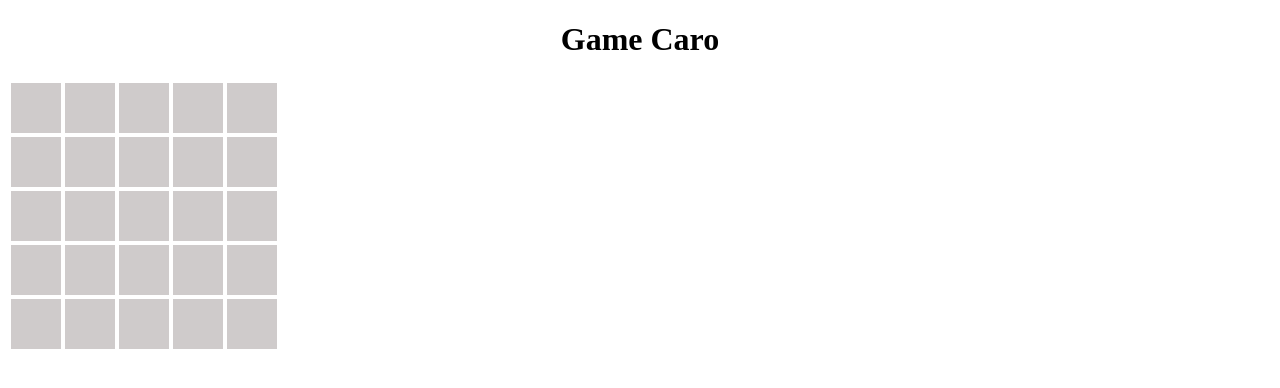
Repository: tungts3qb/BTCodeGym
Page: CaroGame/index.html
These files come from the project's save history. The page is drawn as it stood at one moment and after the next save; the edit follows.
The browser window is 1280 px wide. The pictures show the whole page.

Above is the page before, as saved 2023-02-16 00:43:24.

### CaroGame/index.html
<!DOCTYPE html>
<html lang="en">
  <head>
    <meta charset="UTF-8" />
    <meta http-equiv="X-UA-Compatible" content="IE=edge" />
    <meta name="viewport" content="width=device-width, initial-scale=1.0" />
    <link rel="stylesheet" href="style.css" />
    <title>Document</title>
  </head>
  <body>
    <div class="game-title">
      <h1>Game Caro</h1>
    </div>
    <div class="game-board">
      <table>
        <tbody>
          <tr>
            <td>
              <div class="square" id="00" onclick="Click(id)"></div>
            </td>
            <td>
              <div class="square" id="01" onclick="Click(id)"></div>
            </td>
            <td>
              <div class="square" id="02" onclick="Click(id)"></div>
            </td>
            <td>
              <div class="square" id="03" onclick="Click(id)"></div>
            </td>
            <td>
              <div class="square" id="04" onclick="Click(id)"></div>
            </td>
          </tr>
          <tr>
            <td>
              <div class="square" id="10" onclick="Click(id)"></div>
            </td>
            <td>
              <div class="square" id="11" onclick="Click(id)"></div>
            </td>
            <td>
              <div class="square" id="12" onclick="Click(id)"></div>
            </td>
            <td>
              <div class="square" id="13" onclick="Click(id)"></div>
            </td>
            <td>
              <div class="square" id="14" onclick="Click(id)"></div>
            </td>
          </tr>
          <tr>
            <td>
              <div class="square" id="20" onclick="Click(id)"></div>
            </td>
            <td>
              <div class="square" id="21" onclick="Click(id)"></div>
            </td>
            <td>
              <div class="square" id="22" onclick="Click(id)"></div>
            </td>
            <td>
              <div class="square" id="23" onclick="Click(id)"></div>
            </td>
            <td>
              <div class="square" id="24" onclick="Click(id)"></div>
            </td>
          </tr>
          <tr>
            <td>
              <div class="square" id="30" onclick="Click(id)"></div>
            </td>
            <td>
              <div class="square" id="31" onclick="Click(id)"></div>
            </td>
            <td>
              <div class="square" id="32" onclick="Click(id)"></div>
            </td>
            <td>
              <div class="square" id="33" onclick="Click(id)"></div>
            </td>
            <td>
              <div class="square" id="34" onclick="Click(id)"></div>
            </td>
          </tr>
          <tr>
            <td>
              <div class="square" id="40" onclick="Click(id)"></div>
            </td>
            <td>
              <div class="square" id="41" onclick="Click(id)"></div>
            </td>
            <td>
              <div class="square" id="42" onclick="Click(id)"></div>
            </td>
            <td>
              <div class="square" id="43" onclick="Click(id)"></div>
            </td>
            <td>
              <div class="square" id="44" onclick="Click(id)"></div>
            </td>
          </tr>
        </tbody>
      </table>
    </div>
    <script src="script.js"></script>
  </body>
</html>

### CaroGame/style.css
.square {
  width: 50px;
  height: 50px;
  background: rgb(207, 203, 203);
  position: relative;
  display: flex;
  justify-content: center;
  align-items: center;
  cursor: pointer;
}

.square:hover {
  background: rgb(155, 25, 25);
}

.square-icon-o {
  height: 30px;
  width: 30px;
  background: url("Opng.png") no-repeat center / cover;
}

.square-icon-x {
  height: 30px;
  width: 30px;
  background: url("Xpng.png") no-repeat center / cover;
}

.game-title h1 {
  text-align: center;
}

.game-board {
  text-align: center;
}

### CaroGame/script.js
class Square {
  constructor(x, y, status, result) {
    this.x = 0;
    this.y = 0;
    this.status = false; // chưa nhấn
    this.value = ""; // nhận hai giá trị là x và o
  }

  setX(newX) {
    this.x = newX;
  }

  setY(newY) {
    this.y = newY;
  }

  getX() {
    return this.x;
  }

  getY() {
    return this.y;
  }

  setStatus(newSatus) {
    this.status = newSatus;
  }

  getStatus() {
    return this.status;
  }

  setValue(newValue) {
    this.value = newValue;
  }

  getValue() {
    return this.value;
  }
}

const squareArr = [
  [null, null, null, null, null],
  [null, null, null, null, null],
  [null, null, null, null, null],
  [null, null, null, null, null],
  [null, null, null, null, null],
];
let xO = true;
const MAX_ROW = 5;
const MAX_WIN = 3;
function Click(id) {
  xO = !xO;
  let cell = new Square();
  let strId = `${id}`;
  let x = parseInt(strId.charAt(0));
  let y = parseInt(strId.charAt(1));
  let xOrO;
  console.log(xOrO);

  // đưa tọa độ, status, giá trị  mà người chơi click vào một ô bất kỳ
  if (!isNaN(x) && !isNaN(y)) {
    cell.setX(x);
    cell.setY(y);
    cell.setStatus(1);
    if (xO) {
      cell.setValue("x");
    } else {
      cell.setValue("o");
    }
    // đưa vào mảng 2 chiều, đồng thời hiển thị giá trị của nó lên board
    if (squareArr[x][y] == null) {
      squareArr[x][y] = cell;
      let cellXY = document.getElementById(id);
      let div = document.createElement("div");
      if (squareArr[x][y].getValue() == "x") {
        div.classList.add("square-icon-x");
      } else if (squareArr[x][y].getValue() == "o") {
        div.classList.add("square-icon-o");
      }
      cellXY.appendChild(div);
    }
    if (checkLeftDiagonal(squareArr, x, y)) {
      console.log(`${squareArr[x][y].getValue()} chien thang`);
    }
    if (checkRightDiagonal(squareArr, x, y)) {
      console.log(`${squareArr[x][y].getValue()} chien thang`);
    }
    if (checkRow(squareArr, x, y)) {
      console.log(`${squareArr[x][y].getValue()} chien thang`);
      return;
    }
    if (checkColumn(squareArr, x, y)) {
      console.log(`${squareArr[x][y].getValue()} chien thang`);
    }
  }
}

// check đường chéo trái
function checkLeftDiagonal(squareArr, x, y) {
  let count2 = 0;
  let arrCheckWin = [];
  let [x0, y0] = [x, y];
  while (x0 > 0 && y0 > 0) {
    x0--;
    y0--;
  }

  for (let i = x0, j = y0; i < MAX_ROW, j < MAX_ROW; i++, j++) {
    if (i < MAX_ROW && j < MAX_ROW) {
      if (squareArr[i][j] != null) {
        arrCheckWin.push(squareArr[i][j].getValue());
      } else {
        arrCheckWin.push("");
      }
    }
  }
  let result = checkElementArr(
    arrCheckWin,
    squareArr[x][y].getValue(),
    MAX_WIN
  );
  return result;
}

function checkRightDiagonal(squareArr, x, y) {
  let arrCheckWin = [];
  let [x0, y0] = [x, y];
  while (x0 > 0 && y0 < 4) {
    x0--;
    y0++;
  }

  for (let i = x0, j = y0; i < MAX_ROW, j >= 0; i++, j--) {
    if (i < MAX_ROW && j >= 0) {
      if (squareArr[i][j] != null) {
        arrCheckWin.push(squareArr[i][j].getValue());
      } else {
        arrCheckWin.push("");
      }
    }
  }

  let result = checkElementArr(
    arrCheckWin,
    squareArr[x][y].getValue(),
    MAX_WIN
  );
  return result;
}

function checkColumn(squareArr, x, y) {
  let [x0, y0] = [x, y];
  let arrCheckWin = [];
  while (x0 > 0 && x0 <= 4) {
    x0--;
  }

  for (let i = 0; i < MAX_ROW; i++) {
    if (squareArr[i][y0] != null) {
      arrCheckWin.push(squareArr[i][y0].getValue());
    } else {
      arrCheckWin.push("");
    }
  }

  let result = checkElementArr(
    arrCheckWin,
    squareArr[x][y].getValue(),
    MAX_WIN
  );
  return result;
}

function checkRow(squareArr, x, y) {
  let [x0, y0] = [x, y];
  let arrCheckWin = [];
  while (y0 > 0 && y0 <= 4) {
    y0--;
  }

  for (let i = 0; i < MAX_ROW; i++) {
    if (squareArr[x0][i] != null) {
      arrCheckWin.push(squareArr[x0][i].getValue());
    } else {
      arrCheckWin.push("");
    }
  }

  let result = checkElementArr(
    arrCheckWin,
    squareArr[x][y].getValue(),
    MAX_WIN
  );

  return result;
}

function checkElementArr(arr, value, maxWin) {
  let length = arr.length;
  let countCheck = 0;
  console.log(`arr = ${arr}`);
  console.log(`value = ${value}`);
  for (let i = 0; i < length - 1; i++) {
    if (arr[i] === value) {
      if (arr[i + 1] === value) {
        countCheck++;
        if (countCheck == maxWin - 1) return true;
      }
    } else {
      countCheck = 0;
    }
  }
  console.log(`countCheck = ${countCheck}`);
  return false;
}

let quare = document.querySelector(".square");
quare.addEventListener("click", Click());

After the next save:
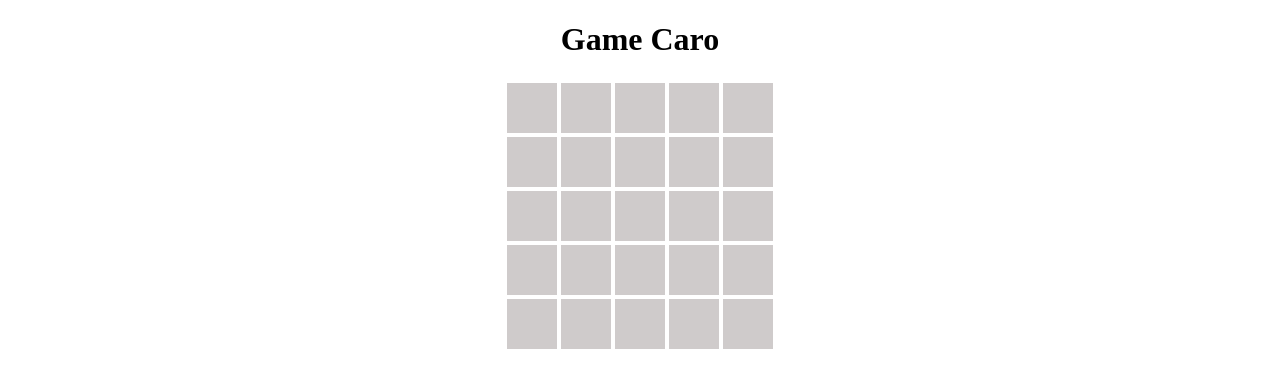
Saved 24 s later.
--- a/CaroGame/style.css
+++ b/CaroGame/style.css
@@ -29,6 +29,6 @@
   text-align: center;
 }
 
-.game-board {
-  text-align: center;
+.game-board table {
+  margin: 0 auto;
 }
